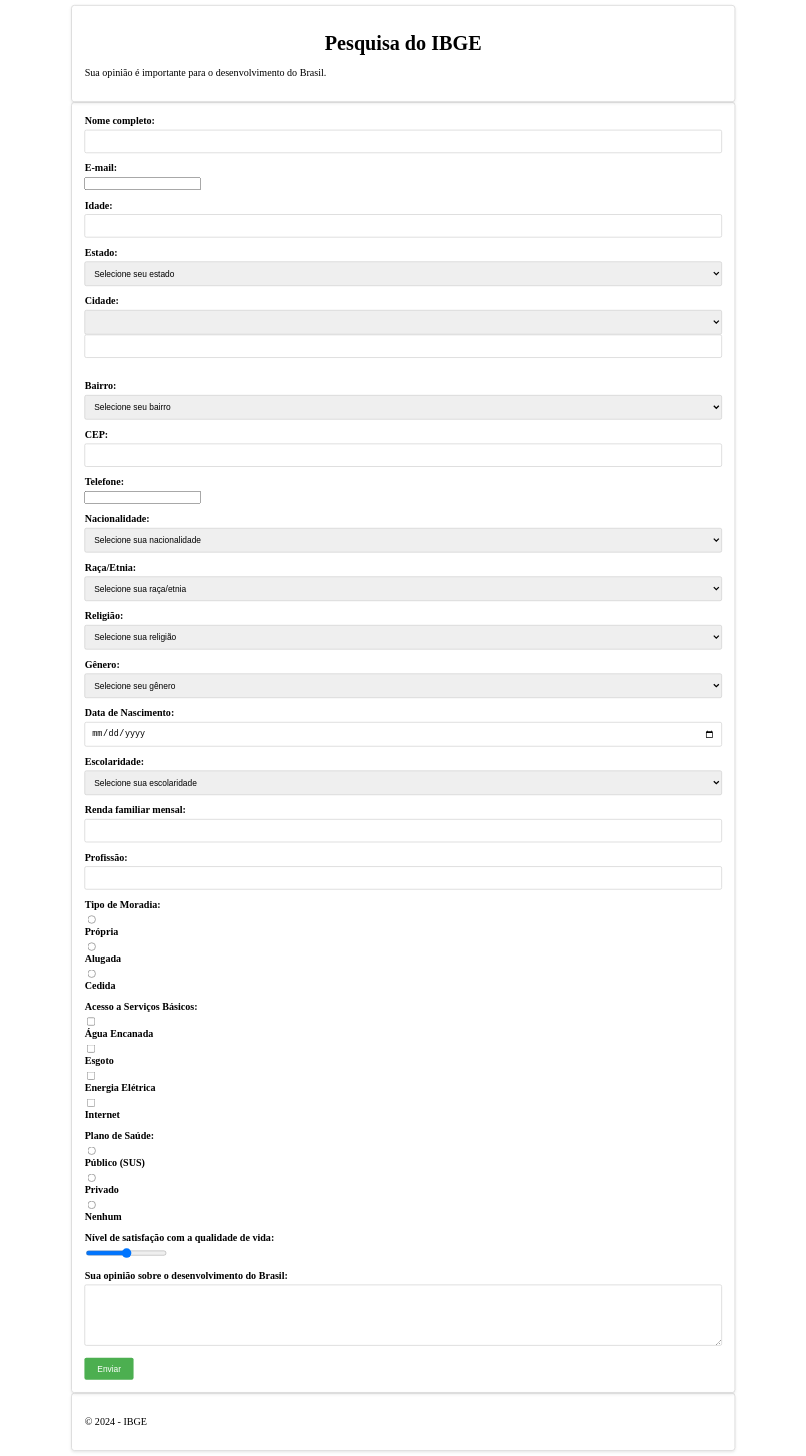
Repository: Gabrielb0rn/Projeto-Formul-rio.io
Page: index.html
The author's editor kept a copy of each file at every save. The page is drawn from the files as they stood at one save, then again after a run of saves.
The browser window is 1280 px wide. The pictures show the whole page, at 63% of full size.

Above is the page before, as saved 2024-06-27 11:59:51.
Not found: assets/script.js

### index.html
<!DOCTYPE html>
<html lang="pt-BR">
<head>
    <meta charset="UTF-8">
    <meta name="viewport" content="width=device-width, initial-scale=1.0">
    <title>Pesquisa do IBGE</title>
    <link rel="stylesheet" href="assets/style.css">
</head>
<body>
    <header>
        <div class="container">
            <h1>Pesquisa do IBGE</h1>
            <p>Sua opinião é importante para o desenvolvimento do Brasil.</p>
        </div>
    </header>
    <main>
        <div class="container">
            <form id="form">
                <div class="form-group">
                    <label for="nome">Nome completo:</label>
                    <input type="text" id="nome" name="nome" required>
                </div>
                <div class="form-group">
                    <label for="email">E-mail:</label>
                    <input type="email" id="email" name="email" required>
                </div>
                <div class="form-group">
                    <label for="idade">Idade:</label>
                    <input type="number" id="idade" name="idade" required>
                </div>
                <div class="form-group">
                    <label for="estado">Estado:</label>
                    <select id="estado" name="estado" required>
                        <option value="">Selecione seu estado</option>
                        <option value="AC">Acre</option>
                        <option value="AL">Alagoas</option>
                        <option value="AP">Amapá</option>
                        <option value="AM">Amazonas</option>
                        <option value="BA">Bahia</option>
                        <option value="CE">Ceará</option>
                        <option value="DF">Distrito Federal</option>
                        <option value="ES">Espírito Santo</option>
                        <option value="GO">Goiás</option>
                        <option value="MA">Maranhão</option>
                        <option value="MT">Mato Grosso</option>
                        <option value="MS">Mato Grosso do Sul</option>
                        <option value="MG">Minas Gerais</option>
                        <option value="PA">Pará</option>
                        <option value="PB">Paraíba</option>
                        <option value="PR">Paraná</option>
                        <option value="PE">Pernambuco</option>
                        <option value="PI">Piauí</option>
                        <option value="RJ">Rio de Janeiro</option>
                        <option value="RN">Rio Grande do Norte</option>
                        <option value="RS">Rio Grande do Sul</option>
                        <option value="RO">Rondônia</option>
                        <option value="RR">Roraima</option>
                        <option value="SC">Santa Catarina</option>
                        <option value="SP">São Paulo</option>
                        <option value="SE">Sergipe</option>
                        <option value="TO">Tocantins</option>
                        <option value="DF">Distrito Federal</option>
                    </select>
                </div>
                <div class="form-group">
                    <label for="cidade">Cidade:</label>
                    <select name="cidade" id="cidade" required>
                        <input type="text" id="cidade" name="cidade" required>
                        <option value="">

                    </select>
                </div>
                <div class="form-group">
                    <label for="bairro">Bairro:</label>
                    <select name="bairro" id="bairro" required>
                        <option value="">Selecione seu bairro</option>
                    </select>
                </div>
                <div class="form-group">
                    <label for="cep">CEP:</label>
                    <input type="text" id="cep" name="cep" required>
                </div>
                <div class="form-group">
                    <label for="telefone">Telefone:</label>
                    <input type="tel" id="telefone" name="telefone" required>
                </div>
                <div class="form-group">
                    <label for="nacionalidade">Nacionalidade:</label>
                    <select id="nacionalidade" name="nacionalidade" required>
                        <option value="">Selecione sua nacionalidade</option>
                        <option value="Brasileiro">Brasileiro</option>
                        <option value="Estrangeiro">Estrangeiro</option>
                    </select>
                </div>
                <div class="form-group">
                    <label for="raca">Raça/Etnia:</label>
                    <select id="raca" name="raca" required>
                        <option value="">Selecione sua raça/etnia</option>
                        <option value="Branca">Branca</option>
                        <option value="Preta">Preta</option>
                        <option value="Parda">Parda</option>
                        <option value="Amarela">Amarela</option>
                        <option value="Indígena">Indígena</option>
                    </select>
                </div>
                <div class="form-group">
                    <label for="religiao">Religião:</label>
                    <select id="religiao" name="religiao" required>
                        <option value="">Selecione sua religião</option>
                        <option value="Católica">Católica</option>
                        <option value="Evangélica">Evangélica</option>
                        <option value="Outras">Outras</option>
"></select>
                </div>
                <div class="form-group">
                    <label for="genero">Gênero:</label>
                    <select id="genero" name="genero" required>
                        <option value="">Selecione seu gênero</option>
                        <option value="Masculino">Masculino</option>
                        <option value="Feminino">Feminino</option>
                        <option value="Outro">Outro</option>
                        <option value="Prefiro não dizer">Prefiro não dizer</option>
                    </select>
                </div>
                <div class="form-group">
                    <label for="data_nascimento">Data de Nascimento:</label>
                    <input type="date" id="data_nascimento" name="data_nascimento" required>
                </div>
                <div class="form-group">
                    <label for="escolaridade">Escolaridade:</label>
                    <select id="escolaridade" name="escolaridade" required>
                        <option value="">Selecione sua escolaridade</option>
                        <option value="Fundamental Incompleto">Fundamental Incompleto</option>
                        <option value="Fundamental Completo">Fundamental Completo</option>
                        <option value="Médio Incompleto">Médio Incompleto</option>
                        <option value="Médio Completo">Médio Completo</option>
                        <option value="Superior Incompleto">Superior Incompleto</option>
                        <option value="Superior Completo">Superior Completo</option>
                        <option value="Pós-Graduação">Pós-Graduação</option>
                    </select>
                </div>
                <div class="form-group">
                    <label for="renda">Renda familiar mensal:</label>
                    <input type="number" id="renda" name="renda" required>
                </div>
                <div class="form-group">
                    <label for="profissao">Profissão:</label>
                    <input type="text" id="profissao" name="profissao">
                </div>
                <div class="form-group">
                    <label>Tipo de Moradia:</label>
                    <div>
                        <input type="radio" id="propria" name="moradia" value="propria">
                        <label for="propria">Própria</label>
                    </div>
                    <div>
                        <input type="radio" id="alugada" name="moradia" value="alugada">
                        <label for="alugada">Alugada</label>
                    </div>
                    <div>
                        <input type="radio" id="cedida" name="moradia" value="cedida">
                        <label for="cedida">Cedida</label>
                    </div>
                </div>
                <div class="form-group">
                    <label>Acesso a Serviços Básicos:</label>
                    <div>
                        <input type="checkbox" id="agua" name="servicos" value="agua">
                        <label for="agua">Água Encanada</label>
                    </div>
                    <div>
                        <input type="checkbox" id="esgoto" name="servicos" value="esgoto">
                        <label for="esgoto">Esgoto</label>
                    </div>
                    <div>
                        <input type="checkbox" id="energia" name="servicos" value="energia">
                        <label for="energia">Energia Elétrica</label>
                    </div>
                    <div>
                        <input type="checkbox" id="internet" name="servicos" value="internet">
                        <label for="internet">Internet</label>
                    </div>
                </div>
                <div class="form-group">
                    <label>Plano de Saúde:</label>
                    <div>
                        <input type="radio" id="publico" name="saude" value="publico">
                        <label for="publico">Público (SUS)</label>
                    </div>
                    <div>
                        <input type="radio" id="privado" name="saude" value="privado">
                        <label for="privado">Privado</label>
                    </div>
                    <div>
                        <input type="radio" id="nenhum" name="saude" value="nenhum">
                        <label for="nenhum">Nenhum</label>
                    </div>
                </div>
                <div class="form-group">
                    <label for="satisfacao">Nível de satisfação com a qualidade de vida:</label>
                    <input type="range" id="satisfacao" name="satisfacao" min="1" max="5" required>
                </div>

                <div class="form-group">
                    <label for="opiniao">Sua opinião sobre o desenvolvimento do Brasil:</label>
                    <textarea id="opiniao" name="opiniao" rows="5" required></textarea>
                </div>
                <button type="submit">Enviar</button>
            </form>
        </div>
    </main>
    <footer>
        <div class="container">
            <p>&copy; 2024 - IBGE</p>
        </div>
    </footer>
    <script src="assets/script.js"></script>
</body>
</html>

### assets/style.css
.container {
    width: 80%;
    margin: 0 auto;
    padding: 20px;
    border: 1px solid #ccc;
    border-radius: 5px;
    box-shadow: 0 2px 5px rgba(0, 0, 0, 0.1);
}

h1 {
    text-align: center;
    margin-bottom: 20px;
}

.form-group {
    margin-bottom: 15px;
}

label {
    display: block;
    margin-bottom: 5px;
    font-weight: bold;
}

input[type="text"],
input[type="date"],
input[type="number"],
select,
textarea {
    width: 100%;
    padding: 10px;
    border: 1px solid #ccc;
    border-radius: 3px;
    box-sizing: border-box;
}

input[type="radio"],
input[type="checkbox"] {
    margin-right: 5px;
}

button[type="submit"] {
    background-color: #4CAF50;
    color: white;
    padding: 10px 20px;
    border: none;
    border-radius: 3px;
    cursor: pointer;
}

After the next 2 saves:
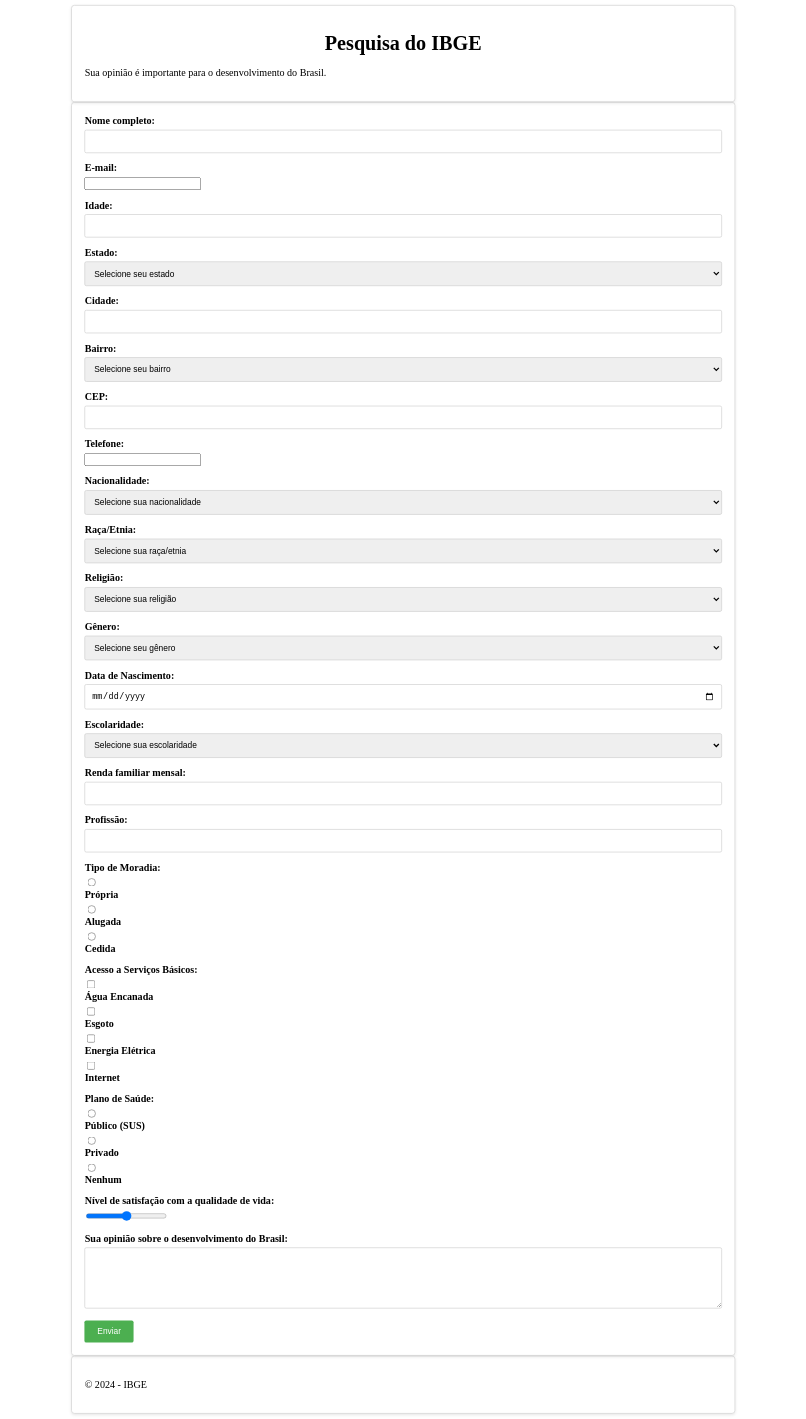
The 2 saves are shown as one change because they came seconds apart.
The last was saved 16 s later.
--- a/index.html
+++ b/index.html
@@ -64,11 +64,9 @@
                 </div>
                 <div class="form-group">
                     <label for="cidade">Cidade:</label>
-                    <select name="cidade" id="cidade" required>
                         <input type="text" id="cidade" name="cidade" required>
-                        <option value="">
 
-                    </select>
+                    </>
                 </div>
                 <div class="form-group">
                     <label for="bairro">Bairro:</label>
